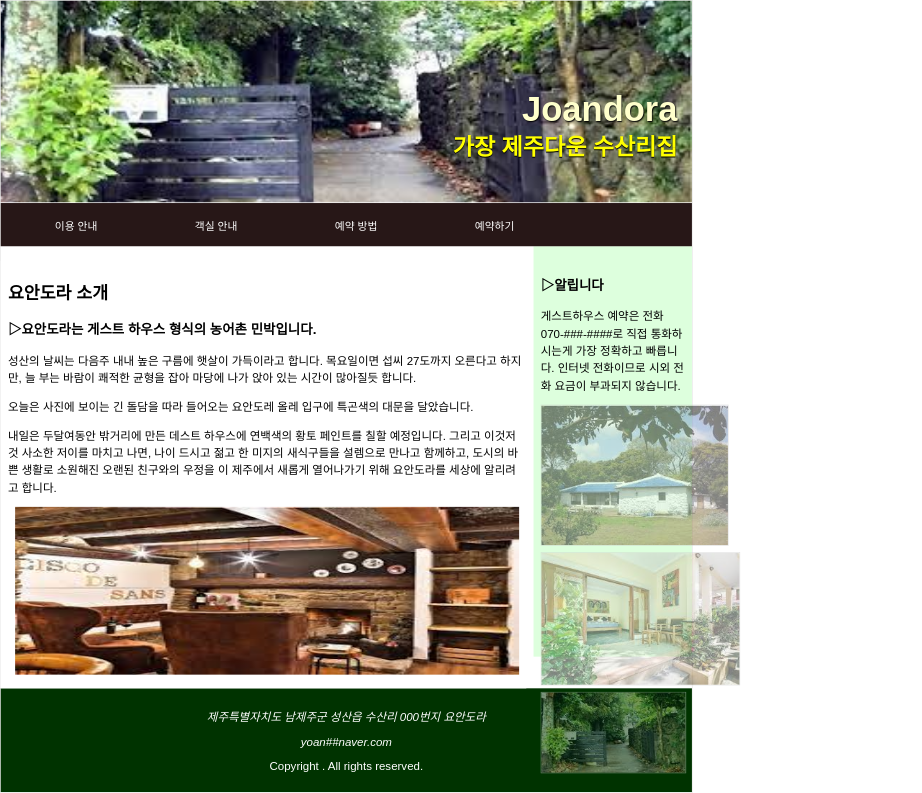
Repository: b1996om/HTML-CSS_study
Page: pro07/public/HTML5_markup.html
An editor plug-in stored every save of this project. The page is shown before and after the next save, followed by the edit.
The browser window is 1280 px wide. The pictures show the whole page, at 72% of full size.

Above is the page before, as saved 2022-12-07 06:15:25.

### pro07/public/HTML5_markup.html
<!DOCTYPE html>
<html lang="ko">
<head>
	<meta charset="utf-8">
	<title>내가 처음 만드는 HTML 문서</title>
	<link href="css/style3.css" rel="stylesheet" type="text/css">
</head>
<body>
	<div class="container">
		<div class="content">
			 <!-- <iframe src="https://www.naver.com/" width="95%" height="500"></iframe> -->
		</div>
		<header>
			<h1>Joandora</h1>
			<h2>가장 제주다운 수산리집</h2>
		</header>
		<nav class="navi">
			<ul>
				<li><a href="#">이용 안내</a></li>
				<li><a href="#">객실 안내</a></li>
				<li><a href="#">예약 방법</a></li>
				<li><a href="#">예약하기</a></li>
			</ul>
		</nav>
		<article>
			<section class="content">
				<h2>요안도라 소개</h2>
				<h3>▷요안도라는 게스트 하우스 형식의 농어촌 민박입니다.</h3>
				<p>성산의 날씨는 다음주 내내 높은 구름에 햇살이 가득이라고 합니다.
				목요일이면 섭씨 27도까지 오른다고 하지만, 늘 부는 바람이 쾌적한 균형을 잡아
				마당에 나가 앉아 있는 시간이 많아질듯 합니다.</p>
				<p>오늘은 사진에 보이는 긴 돌담을 따라 들어오는 요안도레 올레 입구에 특곤색의 대문을
				달았습니다.</p>
				<p>내일은 두달여동안 밖거리에 만든 데스트 하우스에 연백색의 황토 페인트를 칠할 예정입니다.
				그리고 이것저것 사소한 저이를 마치고 나면, 나이 드시고 젊고 한 미지의 새식구들을 설렘으로
				만나고 함께하고, 도시의 바쁜 생활로 소원해진 오랜된 친구와의 우정을 이 제주에서 새롭게
				열어나가기 위해 요안도라를 세상에 알리려고 합니다.</p>
				<div class="banner">
					<img src="images/banner2.jpg" width="700" height="233" alt="요안도라">
				</div>
			</section>
		</article>
		<aside class="sidebar">
			<h3>▷알립니다</h3>
			<p>게스트하우스 예약은 전화 070-###-####로 직접 통화하시는게 가장 정확하고 빠릅니다.
			   인터넷 전화이므로 시외 전화 요금이 부과되지 않습니다.</p>
			<img src="images/2.jpg" alt="">
			<img src="images/1.jpg" alt="">
			<img src="images/4.jpg" alt="">
		</aside>
		<footer>
			<address>
				<p>제주특별자치도 남제주군 성산읍 수산리 000번지 요안도라</p>
				<p>yoan##naver.com</p>
			</address>
			<p>Copyright . All rights reserved.</p>
		</footer>
	</div>
</body>
</html>

### pro07/public/css/style3.css
@charset "utf-8";

body {
	font:14px;
	font-family: 'Jeju Gothic', sans-serif;
	margin:0 auto;
	padding:0;
	box-sizing:border-box;
}
.container {
	position:absolute;
	width:960px;
	margin:0 auto;
	background-color:#fff;
	border:1px solid #e7e7e7
}
header {
	position:relative;
	height:280px;
	background-image:url('../images/bg.jpg');
	background-size:100% 100%;
	background-repeat:no-repeat;
	background-position:left top;
}
header h1 {
	position:absolute;
	right:20px;
	bottom:70px;
	font-size:3em;
	color:#ffc;
	text-shadow:1px 2px 2px #000;
}
header h2 {
	position:absolute;
	right:20px;
	bottom:30px;
	font-size:2em;
	color:#ff0;
	text-shadow:0px 1px 1px #000;
}
.navi {
	position:relative;
	background:#271717;
	margin-top:-15px;
	width:960px;
	height:60px;
}
.navi ul {
	list-style:none;
	height:40px;
	padding-top:10px;
	padding-bottom:5px;
}
.navi ul li {
	display:inline-block;
	font-size:15px;
}
.navi a, .navi a:visited {
	padding:10px 5px 5px 35px;
	display:block;
	color:#fff;
	width:150px;
	text-decoration:none;
}
.navi a:hover, .navi a:active, .navi a:focus {
	text-shadow:0px 2px 2px #000;
	color:#fc0;
}
.sidebar {
	float:right;
	width:200px;
	height:550px;
	background-color:#dfd;
	padding-top:20px;
	padding-left:10px;
	padding-right:10px;
}
.sidebar img {
	margin-bottom:5px;
	border:1px solid #ccc;
	opacity:0.5;
	text-align:center;
}
.sidebar img:hover {
	border:1px solid #000;
	opacity:1.0;
}
.content {
	background-color:#ffffff;
	margin-top:20px;
	padding-top:5px;
	padding-left:10px;
	width:720px;
	float:left;
}
footer {
	padding:10px 0;
	background-color:#030;
	color:#fff;
	text-align:center;
	clear:both;
}
header, section, footer, aside, article, figure {
	display:block;
}
.banner {
	margin:0 10px 15px 10px;
	padding:0;
}

After the next save:
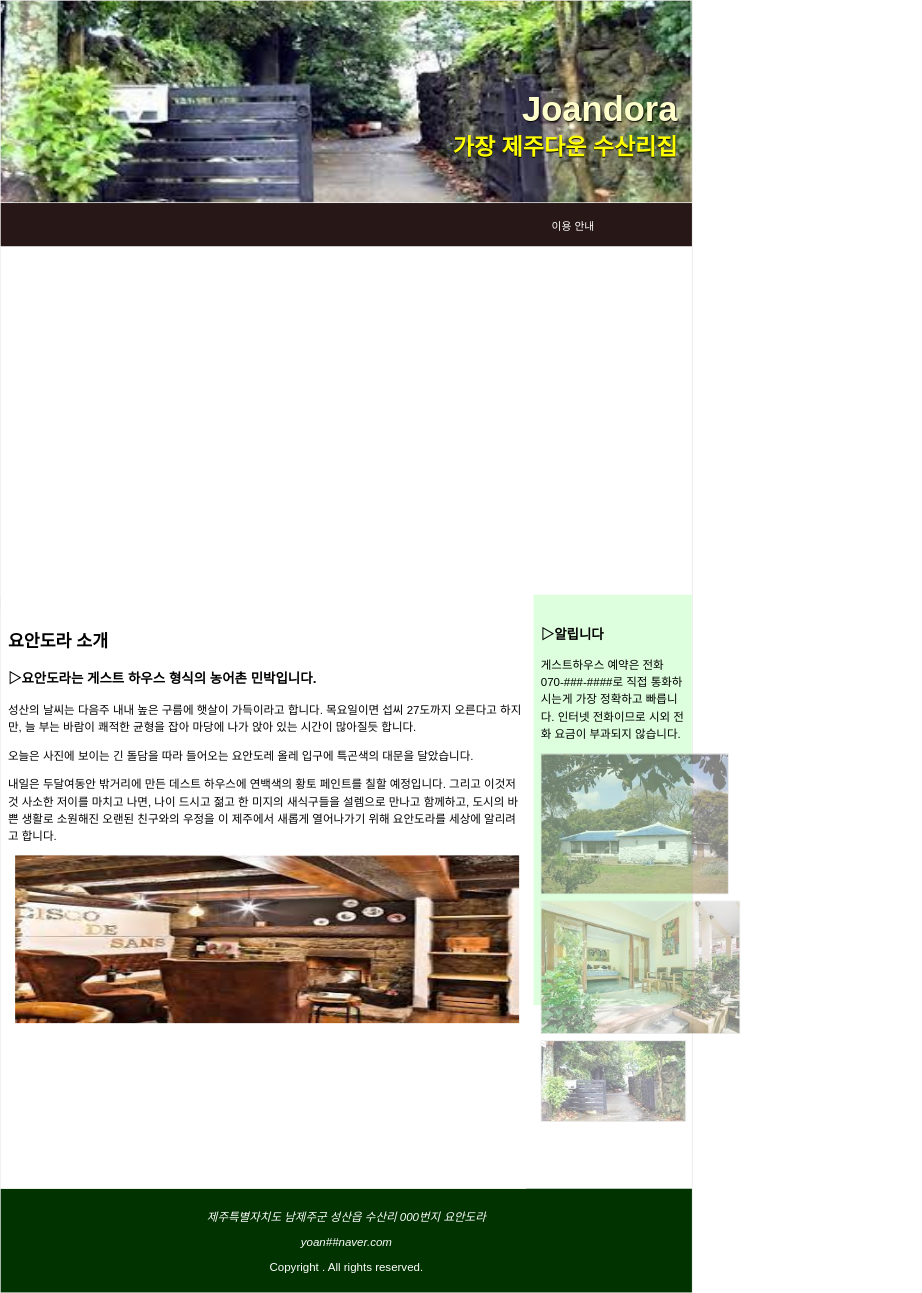
Saved 28 s later.
--- a/pro07/public/css/style3.css
+++ b/pro07/public/css/style3.css
@@ -91,6 +91,7 @@ header h2 {
 	padding-top:5px;
 	padding-left:10px;
 	width:720px;
+	height:800px;
 	float:left;
 }
 footer {
